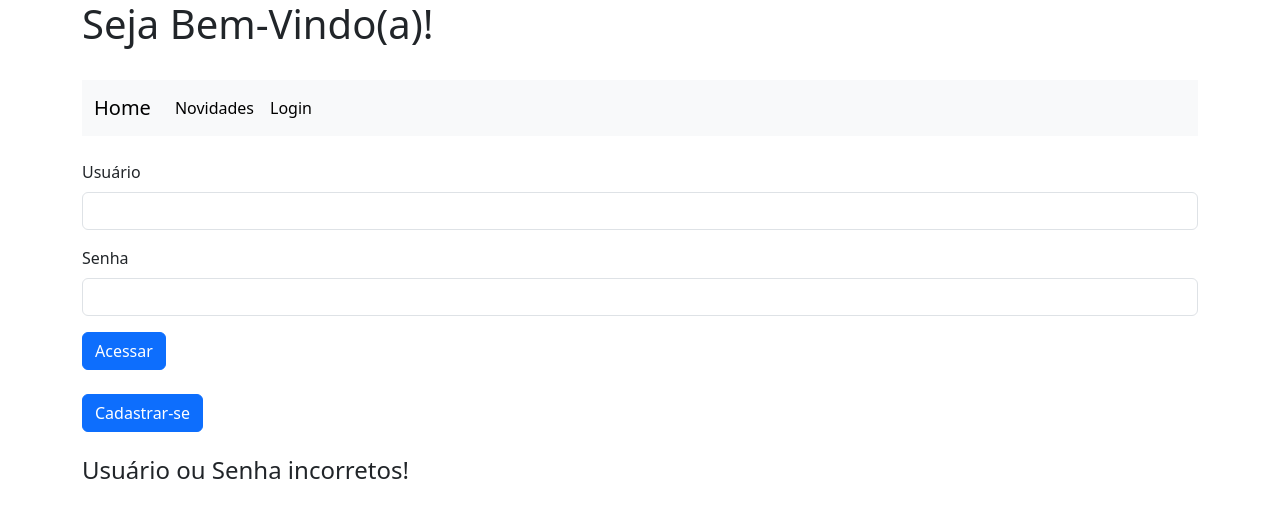
Repository: DianeMascarello/Uc09Senai
Page: http://localhost/SA3Uc09/ServletLogin
The author's editor kept a copy of each file at every save. The page is drawn from the files as they stood at one save, then again after the next save.
The browser window is 1280 px wide. The pictures show the whole page.
The page is served by Tomcat 10.

Above is the page before, as saved 2023-08-14 01:21:02.

After the next save:
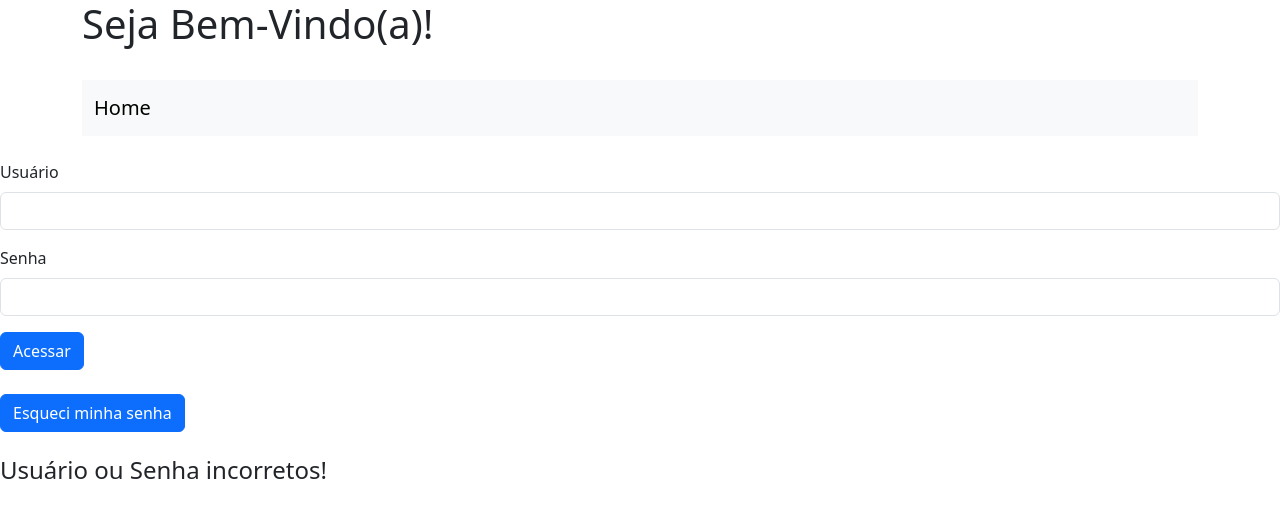
Saved 2 min 19 s later.
--- a/SA3Uc09/src/main/webapp/login.jsp
+++ b/SA3Uc09/src/main/webapp/login.jsp
@@ -27,16 +27,17 @@
 					aria-label="Toggle navigation">
 					<span class="navbar-toggler-icon"></span>
 				</button>
-				<div class="collapse navbar-collapse" id="navbarSupportedContent">
-					<ul class="navbar-nav me-auto mb-2 mb-lg-0">
-						<li class="nav-item"><a class="nav-link active"
-							aria-current="page" href="#">Novidades</a></li>
+			</div>
+		</nav>
+		<div class="collapse navbar-collapse" id="navbarSupportedContent">
+			<ul class="navbar-nav me-auto mb-2 mb-lg-0">
+				<li class="nav-item"><a class="nav-link active"
+					aria-current="page" href="#">Cadastrar-me</a></li>
 						<li class="nav-item"><a class="nav-link active"
 							aria-current="page" href="login.jsp">Login</a></li>
 					</ul>
 				</div>
 			</div>
-		</nav>
 		<br>
 
 		<form action="ServletInicial" method="post">
@@ -56,7 +57,7 @@
 		<br>
 		<form action="Cadastro" method="post">
 				<button type="submit" data-bs-toggle="modal"
-				data-bs-target="#errorModal" class="btn btn-primary">Cadastrar-se</button>
+				data-bs-target="#errorModal" class="btn btn-primary">Esqueci minha senha</button>
 		</form>
 		<br>
 
